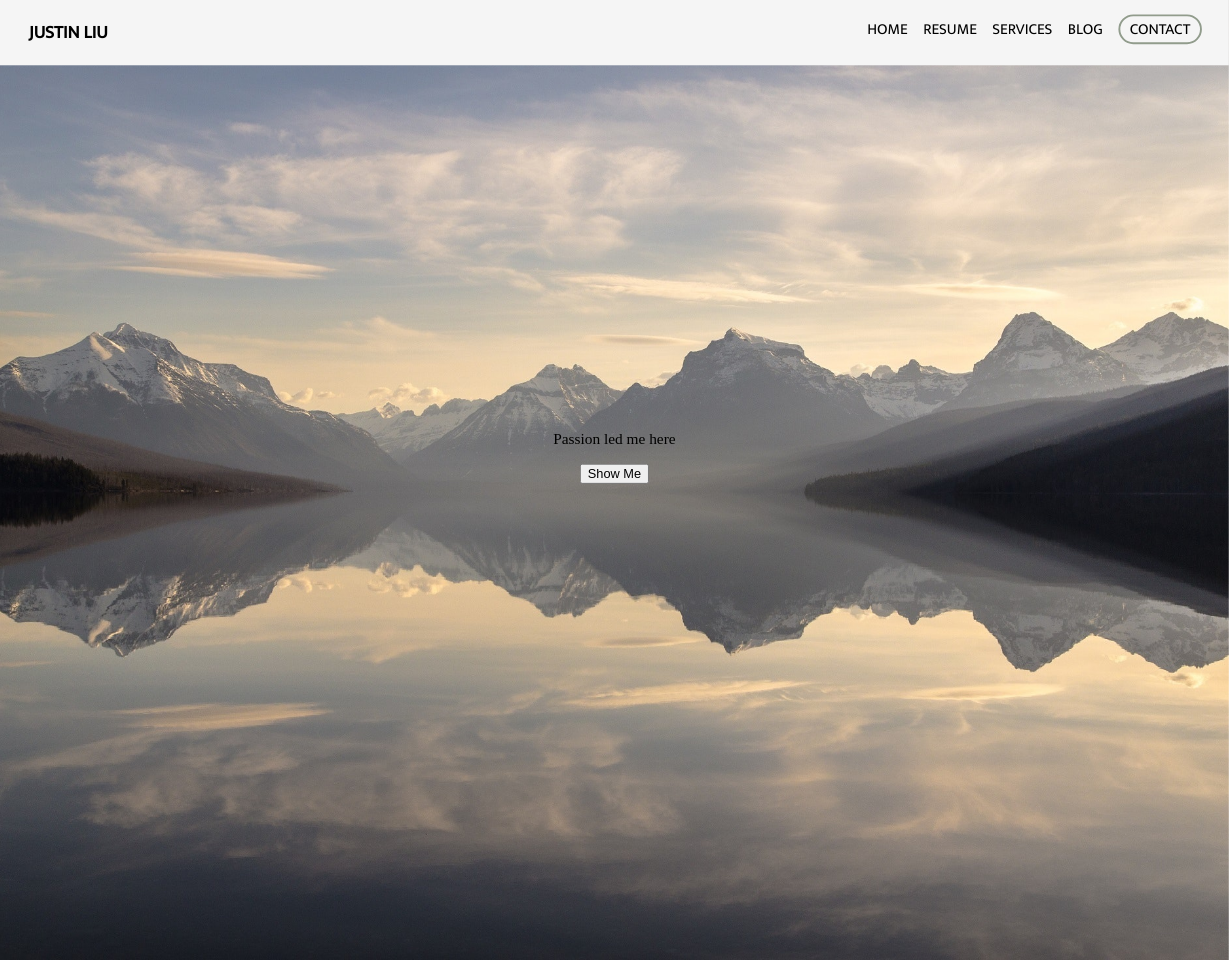
Repository: justinliu88/personal-projects
Page: index.html
These files come from the project's save history. The page is drawn as it stood at one moment and after the next save; the edit follows.
The browser window is 1280 px wide. The pictures show the whole page, at 96% of full size.
Some web libraries are served in a nearby version. The style sheet was rebuilt from its Sass, Less or Tailwind sources for each picture, by a compiler version that may differ from the author's.

Above is the page before, as saved 2020-03-17 11:24:25.

### index.html
<!DOCTYPE html>
<html lang="en">

<head>
    <meta charset="UTF-8">
    <meta name="viewport" content="width=device-width, initial-scale=1.0">
    <title>Personal Website</title>
    <link rel="stylesheet" href="main.css" type="text/css">
    <link rel="stylesheet" href="https://fonts.googleapis.com/css?family=Mukta&display=swap">
    <script src="http://ajax.googleapis.com/ajax/libs/jquery/1.7.1/jquery.min.js" type="text/javascript"></script>
    <script src="./main.js"></script>
</head>

<body>
    <nav class="container-navbar">
        <h3 class="container-navbar__name">JUSTIN LIU</h3>
        <ul class="container-navbar__options">
            <li class="container-navbar__options__buttons">
                <a class="container-navbar__options__link" href="#">HOME</a>
            </li>
            <li class="container-navbar__options__buttons">
                <a class="container-navbar__options__link" href="#">RESUME</a>
            </li>
            <li class="container-navbar__options__buttons">
                <a class="container-navbar__options__link" href="#">SERVICES</a>
            </li>
            <li class="container-navbar__options__buttons">
                <a class="container-navbar__options__link" href="#">BLOG</a>
            </li>
            <li class="container-navbar__options__buttons">
                <a id="contactLink" class="container-navbar__options__link" href="#">CONTACT</a>
            </li>
        </ul>
    </nav>

    <div class="container-slogan">
        <p class="container-slogan__content">
            Passion led me here
        </p>
        <div class="container-slogan__button">
            <button type="button">Show Me</button>
        </div>
    </div>



</body>

</html>

### main.scss
body {
    margin: 0px;
    background-image: url("./img/website-background.jpg");
    height: 1000px;
    background-position: center;
    background-repeat: no-repeat;
    background-size: cover;
}

.container-navbar {
    width: auto;
    display: flex;
    flex-direction: row;
    justify-content: space-between;
    background-color: whitesmoke;
    &__name {
        font-family: Mukta;
        font-size: bold;
        text-align: center;
        align-items: center;
        padding-left: 30px;
    }
    &__options {
        height: 60px;
        display: flex;
        flex-direction: row;
        list-style: none;
        justify-content: flex-end;
        align-items: center;
        margin: 0px;
        padding-right: 20px;
        &__buttons {
            align-items: center;
            text-align: center;
            padding: 8px;
        }
        &__link {
            font-family: Mukta;
            font-size: bold;
            text-decoration: none;
            transition: all 0.1s ease 0s;
            color: black;
            &:hover {
                color: #919c8c;
                border-bottom: 3px solid #919c8c;
            }
        }
        #contactLink {
            border: 2px solid #919c8c;
            border-radius: 20px;
            padding-left: 10px;
            padding-right: 10px;
        }
    }
}

.container-slogan {
    display: flex;
    flex-direction: column;
    justify-content: center;
    align-items: center;
    height: 800px;
    &__button.button {
        background-color: Transparent;
        background-repeat: no-repeat;
        border: none;
        cursor: pointer;
        overflow: hidden;
        outline: none;
    }
}

Loaded but not shown: main.js (no stored copy; drawn as an empty file)

After the next save:
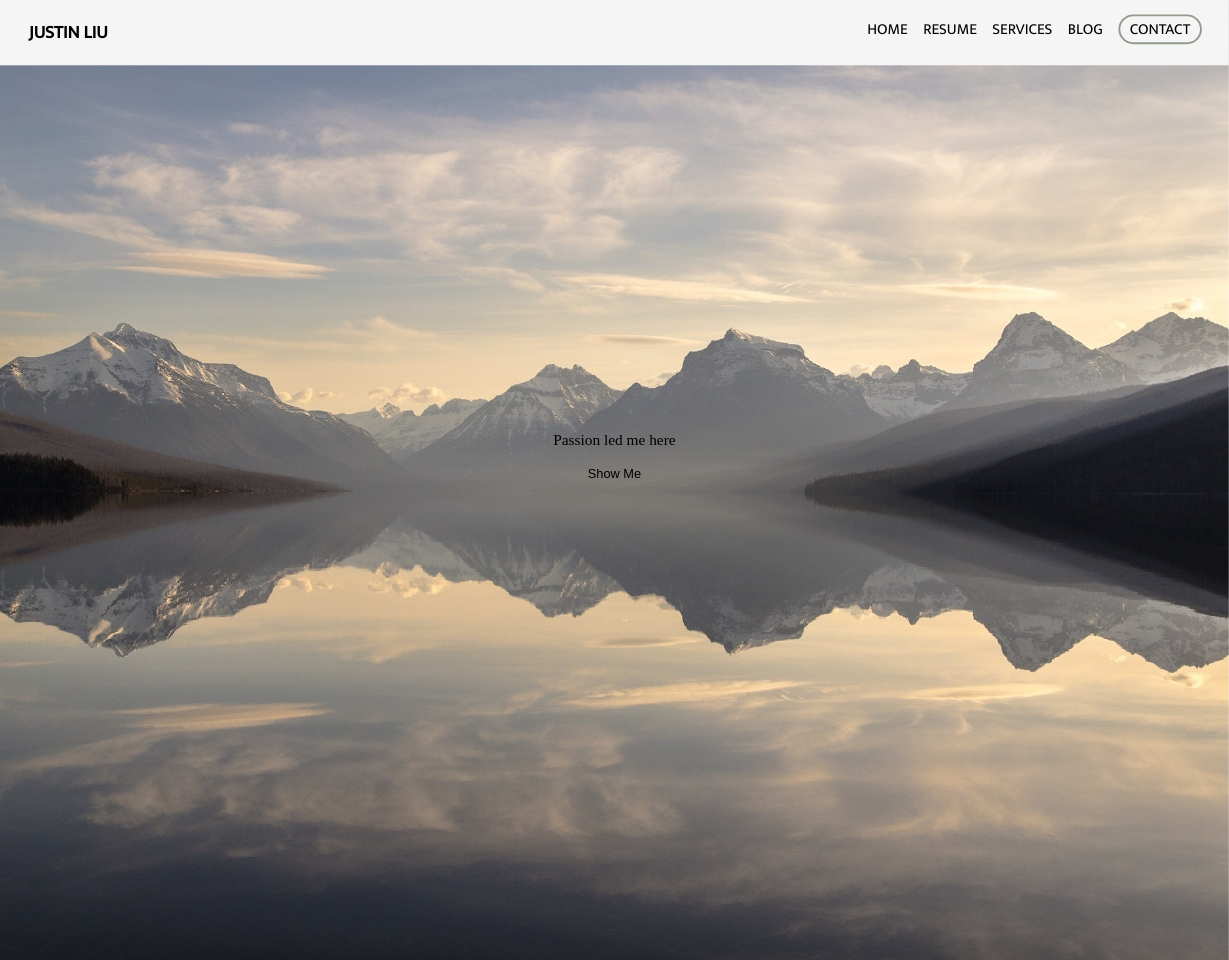
Saved 19 s later.
--- a/main.scss
+++ b/main.scss
@@ -60,7 +60,7 @@ body {
     justify-content: center;
     align-items: center;
     height: 800px;
-    &__button.button {
+    &__button button {
         background-color: Transparent;
         background-repeat: no-repeat;
         border: none;
